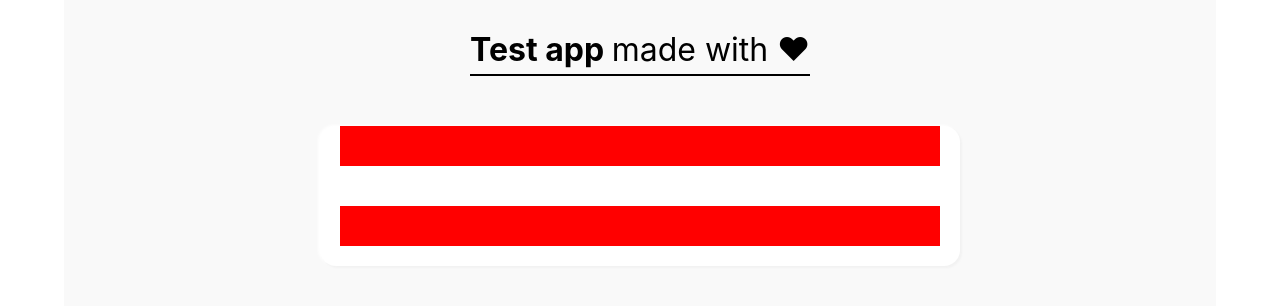
Repository: Khattak01/test-app
Page: /
An editor plug-in stored every save of this project. The page is shown before and after the next save, followed by the edit.
The browser window is 1280 px wide. The pictures show the whole page.
The project was rebuilt for these pictures with package versions that can differ from the ones it lists, and the page was loaded fresh each time.

Above is the page before, as saved 2021-05-12 08:01:07.

### public/index.html
<!DOCTYPE html>
<html lang="en">
  <head>
    <meta charset="utf-8" />
    <link rel="icon" href="%PUBLIC_URL%/favicon.ico" />
    <meta name="viewport" content="width=device-width, initial-scale=1" />
    <meta name="theme-color" content="#000000" />
    <meta
      name="description"
      content="Web site created using create-react-app"
    />
    <link rel="apple-touch-icon" href="%PUBLIC_URL%/logo192.png" />
    <!--
      manifest.json provides metadata used when your web app is installed on a
      user's mobile device or desktop. See https://developers.google.com/web/fundamentals/web-app-manifest/
    -->
    <link rel="manifest" href="%PUBLIC_URL%/manifest.json" />
    <!--
      Notice the use of %PUBLIC_URL% in the tags above.
      It will be replaced with the URL of the `public` folder during the build.
      Only files inside the `public` folder can be referenced from the HTML.

      Unlike "/favicon.ico" or "favicon.ico", "%PUBLIC_URL%/favicon.ico" will
      work correctly both with client-side routing and a non-root public URL.
      Learn how to configure a non-root public URL by running `npm run build`.
    -->
    <title>Test App</title>
  </head>
  <body>
    <noscript>You need to enable JavaScript to run this app.</noscript>
    <div id="root"></div>
    <!--
      This HTML file is a template.
      If you open it directly in the browser, you will see an empty page.

      You can add webfonts, meta tags, or analytics to this file.
      The build step will place the bundled scripts into the <body> tag.

      To begin the development, run `npm start` or `yarn start`.
      To create a production bundle, use `npm run build` or `yarn build`.
    -->
  </body>
</html>

### src/index.js
import React from 'react';
import ReactDOM from 'react-dom';
import './index.css';
import App from '../src/components/app/App';

ReactDOM.render(
  <React.StrictMode>
      <App />
  </React.StrictMode>,
  document.getElementById('root')
);

### src/index.css
*{
  margin: 0;
  padding: 0;
  box-sizing: border-box;
}
body {
  margin: 0;
  font-family: -apple-system, BlinkMacSystemFont, 'Segoe UI', 'Roboto', 'Oxygen',
    'Ubuntu', 'Cantarell', 'Fira Sans', 'Droid Sans', 'Helvetica Neue',
    sans-serif;
  -webkit-font-smoothing: antialiased;
  -moz-osx-font-smoothing: grayscale;
}

code {
  font-family: source-code-pro, Menlo, Monaco, Consolas, 'Courier New',
    monospace;
}

.container{
  width:90%;
  margin:auto auto;
  background-color: #f9f9f9;
  padding: 10px;
}

### src/components/app/App.js
import React from 'react'
import './App.css'
import Banner from '../banner/Banner'

const App = () => {
    return (
        <div className="app container">
            <h1>Test app <span style={{fontWeight:'lighter'}}> made with </span> &#10084;</h1>
            <Banner />
        </div>
    )
}

export default App

### src/components/app/App.css
.app {
  padding: 30px 0;
  min-height: 100vh;
  text-align: center;
}
.app > h1 {
  display: inline-block;

  text-align: center;
  width: max-content;
  padding-bottom: 5px;
  border-bottom: 2px solid black;
  margin-bottom: 50px;
}

:root {
  --color-primary: linear-gradient(
    100.28537797494744deg,
    rgba(23, 98, 122, 1) 6.8671875%,
    rgba(23, 98, 122, 1) 8.216145833333332%,
    rgba(20, 159, 184, 1) 87.80468749999999%
  );

  --color-dark: linear-gradient(
    89.76211853375082deg,
    rgba(0, 0, 0, 1) 5.893229166666666%,
    rgba(0, 0, 0, 1) 7.356770833333332%,
    rgba(51, 51, 51, 1) 93.70572916666666%
  );
}

### src/components/banner/Banner.js
import React from 'react'
import classes from './Banner.module.css'

import Box from '../../UI/box/Box'

const Banner = () => {

    return (
        <Box className={classes.banner}>
            {/* <h1>Test App</h1>
            <button className={classes.banner__btn}>Button</button> */}
            <div className={classes.banner__top}></div>
            <div className={classes.banner__center}></div>
            <div className={classes.banner__bottom}></div>
        </Box>
    )
}

export default Banner

### src/components/banner/Banner.module.css
.banner {
  width: 100%;
  max-width: 40rem;
  min-width: 50vh;
  /* border: 1px solid black; */
  margin: auto auto;

  display: flex;
  flex-direction: column;
  gap: 20px;
  padding: 20px;
  padding-top: 0;
}

.banner__top,.banner__bottom{
  height: 40px;
  width: 100%;
  background-color: red;
}


.banner__btn {
  margin: auto auto;
  width: 300px !important;
  display: flex;
  justify-content: center;
  align-items: center;
  /* background:#1AAB8A; */

  background-image: var(--color-primary);

  color: #fff;
  border: none;
  position: relative;
  height: 60px;
  font-size: 18px;
  padding: 0 20px;
  cursor: pointer;
  transition: 800ms ease all;
  outline: none;
}
.banner__btn:hover {
  background: #fff;
  color: #1aab8a;
}
.banner__btn:before,
.banner__btn:after {
  content: "";
  position: absolute;
  top: 0;
  right: 0;
  height: 2px;
  width: 0;
  background: #1aab8a;
  transition: 400ms ease all;
}
.banner__btn:after {
  right: inherit;
  top: inherit;
  left: 0;
  bottom: 0;
}
.banner__btn:hover:before,
.banner__btn:hover:after {
  width: 100%;
  transition: 800ms ease all;
}

### src/UI/box/Box.js

import React from 'react'
import classes from './Box.module.css'

const Box = (props) => {
    return (
        <div onClick={props.onClick} className={[classes.box,props.className].join(' ')}>
            {props.children}
        </div>
    )
}

export default Box

### src/UI/box/Box.module.css
.box {
  background-color: #ffffff;
  transition: all 0.25s cubic-bezier(0.86, 1.26, 0.59, 1.03);
  /* min-height: 1rem; */
  /* padding: 1rem; */
  border-radius: 1rem;
  box-shadow: 2px 2px 2px #f2f2f2, -2px -1px 3px #ffffff;
}
.box:hover {
  /* transform: translateZ(0) scale(1.05); */
  backface-visibility: hidden;
}

After the next save:
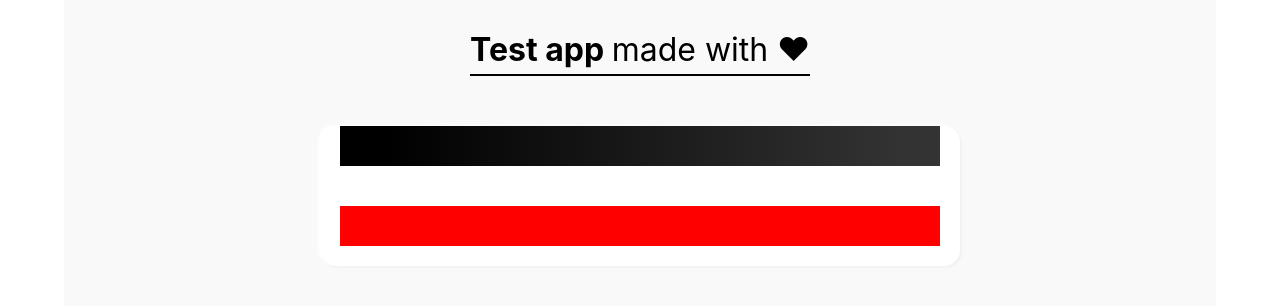
Saved 11 s later.
--- a/src/components/banner/Banner.module.css
+++ b/src/components/banner/Banner.module.css
@@ -17,7 +17,9 @@
   width: 100%;
   background-color: red;
 }
-
+.banner__top{
+  background-image: var(--color-dark);
+}
 
 .banner__btn {
   margin: auto auto;
